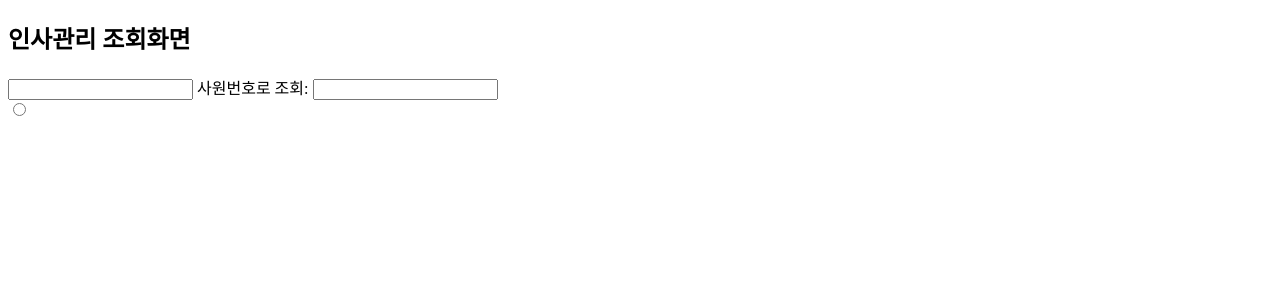
Repository: guguping/finalTestStudy
Page: test1/src/main/webapp/findMemberForm.html
These files come from the project's save history. The page is drawn as it stood at one moment and after the next save; the edit follows.
The browser window is 1280 px wide. The pictures show the whole page.

Above is the page before, as saved 2023-07-28 00:06:37.

### test1/src/main/webapp/findMemberForm.html
<!DOCTYPE html>
<html>
<head>
<meta charset="UTF-8">
<title>Insert title here</title>
</head>
<body>
	<h2>인사관리 조회화면</h2>
	<form action="findMember.jsp" method="get">
		<input type=" value="id" name="searchType">
		사원번호로 조회: <input type="text" name="idValue"><br>
		<input type="radio" name="saerchType">
	</form>
</body>
</html>

After the next save:
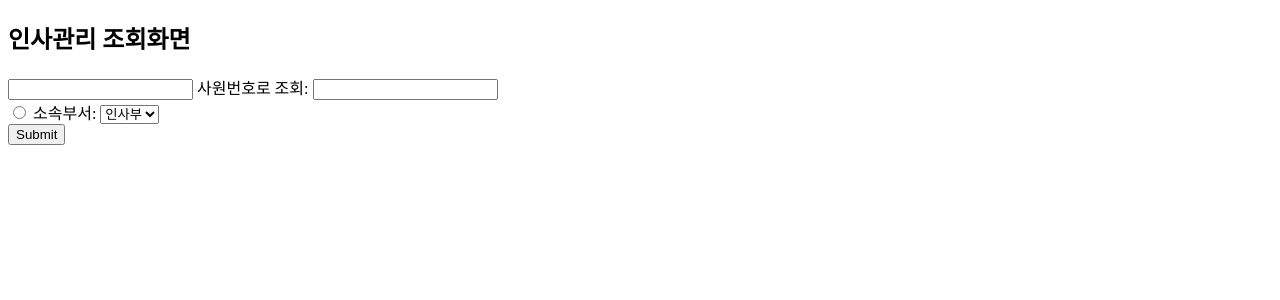
Saved 111 s later.
--- a/test1/src/main/webapp/findMemberForm.html
+++ b/test1/src/main/webapp/findMemberForm.html
@@ -10,6 +10,15 @@
 		<input type=" value="id" name="searchType">
 		사원번호로 조회: <input type="text" name="idValue"><br>
 		<input type="radio" name="saerchType">
+		소속부서:
+		<select name="deptValue">
+			<option value="인사부">인사부</option>
+			<option value="기획부">기획부</option>
+			<option value="홍보부">홍보부</option>
+			<option value="영업부">영업부</option>
+			<option value="경리부">경리부</option>
+		</select><br>
+		<input type="submit" vlaue="조회">
 	</form>
 </body>
 </html>
